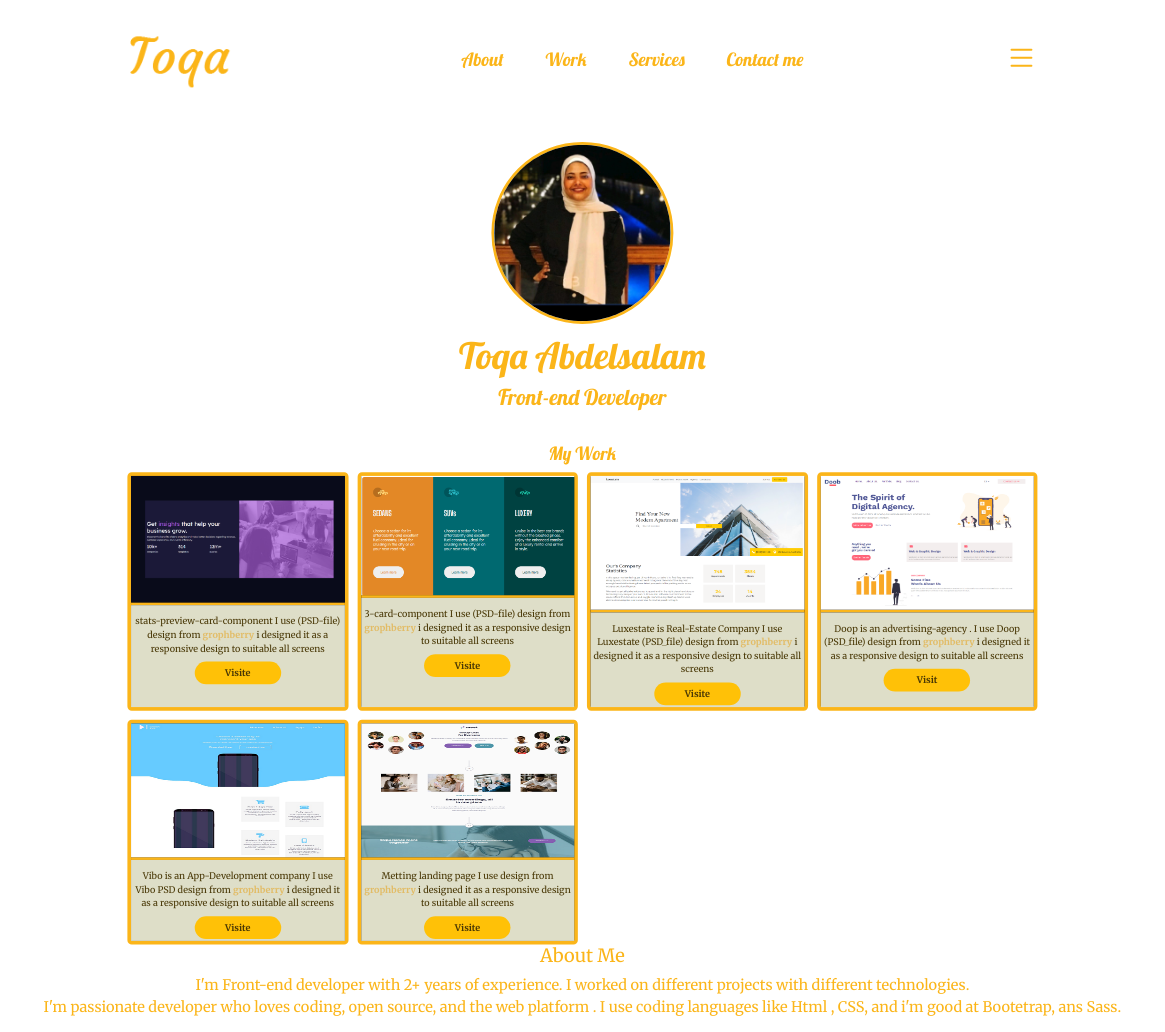
Repository: Toqa-25/portfolio
Page: index.html
The author's editor kept a copy of each file at every save. The page is drawn from the files as they stood at one save, then again after the next save.
The browser window is 1280 px wide. The pictures show the whole page, at 91% of full size.
Some web fonts or font styles are not loaded; a fallback is used.

Above is the page before, as saved 2021-10-31 16:10:21.

### index.html
<!DOCTYPE html>
<html lang="en">
<head>
    <meta charset="UTF-8">
    <meta http-equiv="X-UA-Compatible" content="IE=edge">
    <meta name="viewport" content="width=device-width, initial-scale=1.0">
    <title>Toqa Portfolio</title>
      <!-- bootstrap file -->
      <link rel="stylesheet" href="css/all.min.css">
      <link rel="stylesheet" href="css/bootstrap.css">
      <!-- css file -->
      <link rel="stylesheet" href="css/style.css">
      <!-- fonts -->
      <link rel="preconnect" href="https://fonts.googleapis.com">
<link rel="preconnect" href="https://fonts.gstatic.com" crossorigin>
<link href="https://fonts.googleapis.com/css2?family=Lobster&family=Otomanopee+One&display=swap" rel="stylesheet">
<link rel="preconnect" href="https://fonts.googleapis.com">
<link rel="preconnect" href="https://fonts.gstatic.com" crossorigin>
<link href="https://fonts.googleapis.com/css2?family=Merriweather:ital,wght@0,300;0,400;0,700;0,900;1,300;1,400;1,700;1,900&display=swap" rel="stylesheet">
<link rel="preconnect" href="https://fonts.googleapis.com">
<link rel="preconnect" href="https://fonts.gstatic.com" crossorigin>
<link href="https://fonts.googleapis.com/css2?family=Bebas+Neue&family=Oswald:wght@200;300;400;500;600;700&display=swap" rel="stylesheet">
</head>
<body>
        <!-- header section -->
    <header class="pad">
       <nav class="container">
           <img src="images/logo.png" alt="logo">
       <ul class="list">
           <li>About</li>
           <li>Work</li>
           <li>Services</li>
           <li>Contact me</li>
           <!-- <li>Reviews</li> -->
       </ul>
       <div role="bar">
      <svg xmlns="http://www.w3.org/2000/svg" width="35" height="35" fill="#fbb519" class="bi bi-list" viewBox="0 0 16 16">
        <path fill-rule="evenodd" d="M2.5 12a.5.5 0 0 1 .5-.5h10a.5.5 0 0 1 0 1H3a.5.5 0 0 1-.5-.5zm0-4a.5.5 0 0 1 .5-.5h10a.5.5 0 0 1 0 1H3a.5.5 0 0 1-.5-.5zm0-4a.5.5 0 0 1 .5-.5h10a.5.5 0 0 1 0 1H3a.5.5 0 0 1-.5-.5z"/>
      </svg>
      <ul class="hidden-bar">
        <li>About</li>
        <li>Work</li>
        <li>Services</li>
        <li>Contact me</li>
        <!-- <li>Reviews</li> -->
      </ul>
      </div>
    </nav>
    </header><!-- end header section -->

    <!-- information  section -->
    <section  class="inform pad">
      <div class="main-inform " role="main">
        <div class="inform-info">
        <img src="images/toqa.jpg" alt=""><br>
        <h1>Toqa Abdelsalam</h1>
        <h4>Front-end Developer</h4>
      </div>
      </div>
    </section>

      <section class="section container work">
      <h5>My Work</h5>
      <div class="card-groups">
      <div class="project card" role="menu">
        <img src="images/toqa-25.github.io_stats-preview-card-component-main_.png" alt="">
        <p>stats-preview-card-component
      I use  (PSD-file) design from <span> <a href="https://www.frontendmentor.io/">grophberry</a></span>
  i designed it as a responsive design to suitable all screens <br>
  <button><a href="https://toqa-25.github.io/stats-preview-card-component-main/">Visite</a></button>
 </p>
 </div>
      <div class="project card" role="menu">
        <img src="images/toqa-25.github.io_3-cards-component3_.png" alt="">
        <p>3-card-component
      I use (PSD-file) design from <span> <a href="https://www.frontendmentor.io/">grophberry</a></span>
  i designed it as a responsive design to suitable all screens <br>
  <button><a href="https://toqa-25.github.io/3-cards-component/">Visite</a></button>
 </p>
 </div>
      <div class="project card" role="menu">
          <img src="images/destop-luxestate - Copy (1).png" alt="">
          <p>Luxestate is Real-Estate Company
        I use Luxestate (PSD_file) design from <span> <a href="https://www.graphberry.com/">grophberry</a></span>
    i designed it as a responsive design to suitable all screens <br>
    <button><a href="https://toqa-25.github.io/luxstate-project-/">Visite</a></button>
   </p>
   </div>
      <div class="project card" role="menu">
          <img src="images/web_design.png" alt="">
          <p>Doop is an advertising-agency .
        I use Doop (PSD_file) design from <span> <a href="https://www.graphberry.com/">grophberry</a></span>
    i designed it as a responsive design to suitable all screens <br>
    <button><a href="https://toqa-25.github.io/simply-agency/">Visit </a></button>
   </p>
   </div>
      <div class="project card" role="menu">
        <img src="images/Vibo_App(desktop)_toqa-25.github.io2.png" alt="">
          <p>Vibo is an App-Development company
        I use Vibo PSD design from <span> <a href="https://www.graphberry.com/">grophberry</a></span>
    i designed it as a responsive design to suitable all screens <br>
    <button><a href="https://toqa-25.github.io/vibo-app/">Visite</a></button>
   </p>
   </div>
   <div class="project card" role="menu">
    <img src="images/toqa-25.github.io_landing-meeting-page_desktop.png" alt="">
    <p>Metting landing page
  I use  design from <span> <a href="https://www.frontendmentor.io/">grophberry</a></span>
i designed it as a responsive design to suitable all screens <br>
<button><a href="https://toqa-25.github.io/landing-meeting-page/">Visite</a></button>
</p>
</div>
   </div>
      </section>

      <section class="section about">

          <h5>About Me</h5>
      <p> I'm Front-end developer with 2+ years of experience. I worked on different projects with different technologies. <br>
       I'm passionate developer who loves coding, open source, and the web platform .
       I use coding languages like Html , CSS, and i'm good at Bootetrap, ans Sass. </p>
      </section>

</body>
</html>

### css/style.css
/*
    public style
***********************
*/
:root{
    --main-color:#fbb519;
    --section-padding:30px;
}
* , *:after , *:before{
    box-sizing: border-box;
    margin: 0;
    padding: 0;
}
body{
    font-family: 'Merriweather', serif;
    color:var(--main-color);
}
.pad{
    padding: var(--section-padding) 0;
}
.container
{
  width: 80%;
  margin:auto;
}
 .pad h5{
    text-align: center;
    font-family: 'Lobster';
    margin-bottom: 15px;
 }
/*
    header style
***********************
*/
 header{
    font-family: 'Lobster', cursive;
 }
 nav{
      display: flex;
    justify-content: space-between;
    align-items: center;
 }
  nav img{
     margin-top:10px;
 }
 nav .list{
     width: 50%;
    margin-top:20px;
    list-style: none;
    color:var(--main-color);
    display: flex;
    justify-content: space-evenly;
    cursor: pointer;
    font-size: 20px;
 }
 nav .list li{
     font-size: 20px;
     transition: .2s;
     -webkit-transition: .2s;
     -moz-transition: .2s;
     -ms-transition: .2s;
     -o-transition: .2s;
    }
    nav .list li:hover{
        border-bottom: 2px solid var(--main-color);
    }


     .bar{
     position: relative;
 }
  .hidden-bar {
     display: block;
     color:var(--main-color);
     position: absolute;
    top: 25px;
    left: 45px;
     background-color: #f5f5dc91;
     list-style: none;
     border-radius: 8px;
     padding: 10px;

 }
/* media quary for header*/
 @media (max-width: 768px){
  nav .list {
      display: none;
  }
  /* div{
      display: block;
      padding: 15px;
  } */
  .main-inform  h2{
    font-size: 20px;
    line-height: 2rem;
  }
  .main-inform img{
    width: 100px;
    height: 100px;
 }
}
 @media (min-width: 768px){
     /* nav div{
         display: none;

     } */
 }


 .hidden-bar{
    display: none;

}
.hidden-bar li:hover{
 padding: 5px;
 font-size: 25px;
}
/*
    my image style
***********************
*/

 .main-inform{
    color: var(--main-color);
    text-align: center;
    /* background-image: url(../images/mohammad-rahmani-8qEB0fTe9Vw-unsplash.jpg); */
    height: 300px;
    display: flex;
    align-items: center;
    justify-content: center;
    /* font-family: 'Bebas Neue', cursive; */
     /* font-family: 'Oswald', sans-serif; */
     font-family: 'Lobster', cursive;


 }
 .main-inform img{
     width: 200px;
     height: 200px;
     border:3px solid;
     border-radius: 50%;
     -webkit-border-radius: 50%;
     -moz-border-radius: 50%;
     -ms-border-radius: 50%;
     -o-border-radius: 50%;
     margin-bottom: 10px;
}
 h2{
    color: #dad3d3;
    text-transform: uppercase;
    line-height: 3rem;
 }
 span{
     color:var(--main-color)
 }
 .card-groups{
     display: grid;
    grid-template-columns:repeat(4,1fr);
    gap:10px;
 }
 .work h5{
    text-align: center;
    font-family: 'Lobster';
 }
.card {
    width: 100%;
    height: 100%;
    position: relative;
    display: flex;
    flex-direction: column;
    min-width: 0;
    word-wrap: break-word;
    background-color: black;
    background-clip: border-box;
    border: 4px solid var(--main-color);
    border-radius: 0.3rem;
}

.card img{
    max-width:100%;
    max-height: 150px;
    border-bottom: 3px solid;
}
.card img:hover{
   transform: scale(1.1);
   -webkit-transform: scale(1.1);
   -moz-transform: scale(1.1);
   -ms-transform: scale(1.1);
   -o-transform: scale(1.1);
}
.card p{
    margin-bottom: 1rem;
    background-color: black;
    font-size: 10px;
    padding: 2px;
    margin: 0px;
    margin-top: 0px;
    width: 100%;
    height: 100%;
    text-align: center;
    color:#483705;
    background-color: #f5f5dce8;
    padding-top: 10px;

}
.card p a{
    text-decoration: none;
    color: #e2bc66;
    font-weight: bolder;
}
.card p:hover{

}

.card button{
    width: 95px;
    text-align: center;
    background-color: #ffc107;
    border: none;
    border-radius: 15px;
    padding: 5px;
    margin-top: 7px;
}
.card button:hover{
    width:120px;
    padding: 10px;
}
.card button a{
    text-decoration: none;
    color: #483705;
}

.about{
    text-align: center;

}

/*
           media quary style
    ***************************************
        //extra small devices @media (maxwidth:575px)
        //small devices @media (maxwidth:767px)
        //medium devices @media (maxwidth:991px)
        //large devices @media (maxwidth:1199px)
*/

Loaded but not shown: css/all.min.css (library); css/bootstrap.css (library)

After the next save:
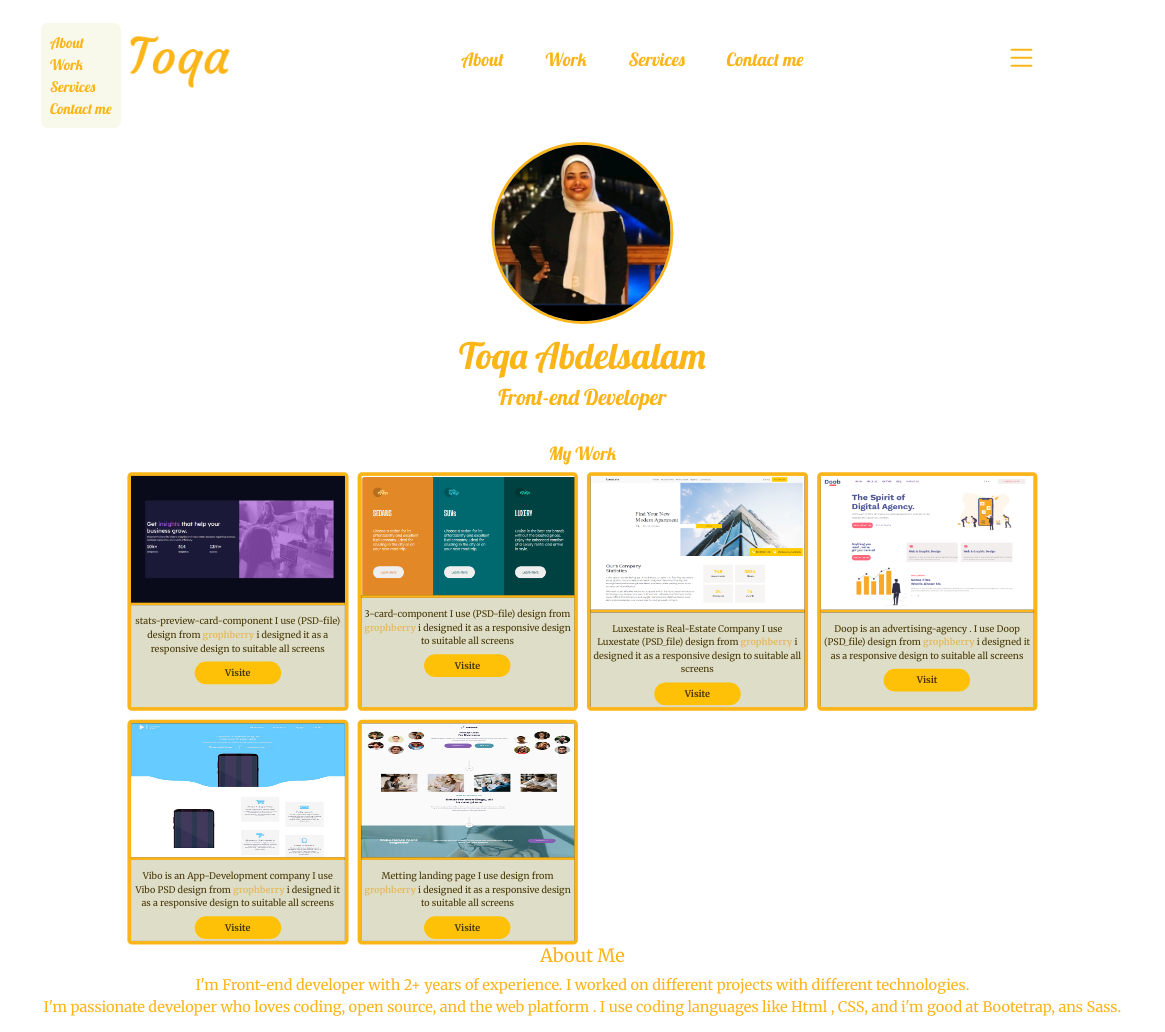
Saved 17 s later.
--- a/css/style.css
+++ b/css/style.css
@@ -107,10 +107,10 @@ body{
  }
 
 
- .hidden-bar{
+ /* .hidden-bar{
     display: none;
 
-}
+} */
 .hidden-bar li:hover{
  padding: 5px;
  font-size: 25px;
